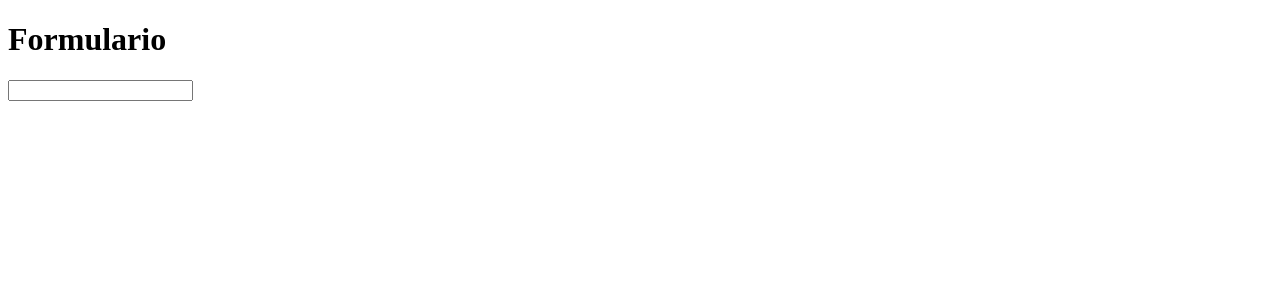
Repository: Pablosky971/Ejercicio-4.-Proyecto-Web
Page: 01_Web/src/main/webapp/formulario1.html
An editor plug-in stored every save of this project. The page is shown before and after the next save, followed by the edit.
The browser window is 1280 px wide. The pictures show the whole page.

Above is the page before, as saved 2022-03-10 09:34:22.

### 01_Web/src/main/webapp/formulario1.html
<!DOCTYPE html>
<html>
<head>
<meta charset="ISO-8859-1">
<title>Insert title here</title>
</head>
<body>
	<h1>Formulario</h1>
	<form action="FormularioServlet" method="get">

		<input type="text" name="nombre">

	</form>
</body>
</html>

After the next save:
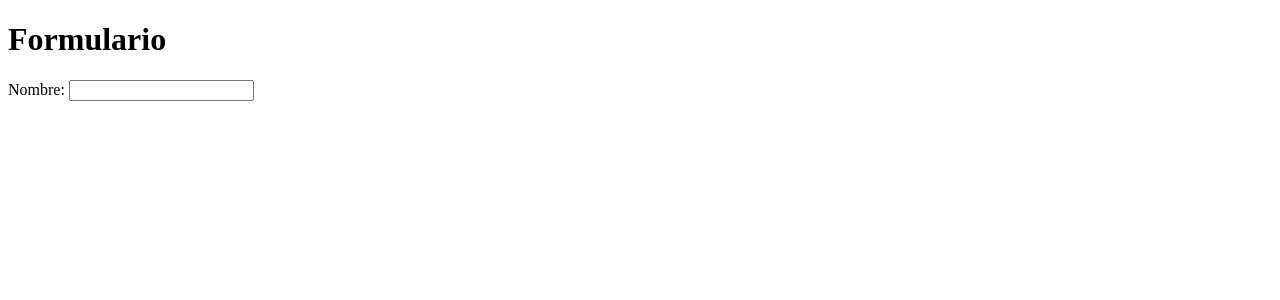
Saved 10 s later.
--- a/01_Web/src/main/webapp/formulario1.html
+++ b/01_Web/src/main/webapp/formulario1.html
@@ -8,7 +8,7 @@
 	<h1>Formulario</h1>
 	<form action="FormularioServlet" method="get">
 
-		<input type="text" name="nombre">
+		Nombre: <input type="text" name="nombre">
 
 	</form>
 </body>
